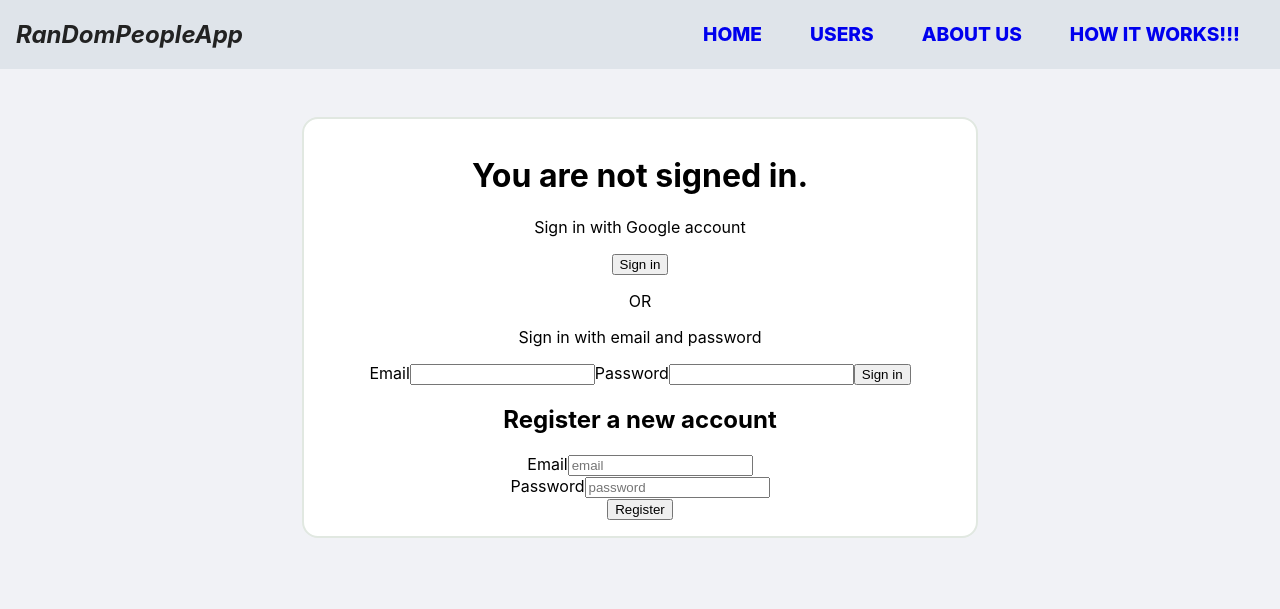
Repository: MikkyPrestige/RandomProfiles
Page: /profile
These files come from the project's save history. The page is drawn as it stood at one moment and after the next save; the edit follows.
The browser window is 1280 px wide. The pictures show the whole page.
The project was rebuilt for these pictures with package versions that can differ from the ones it lists, and the page was loaded fresh each time. Also part of the build but not shown: src/assets/styles/home.css, src/components/avatar.jsx, src/components/home.jsx, src/assets/styles/users.css, src/components/users.jsx, src/assets/styles/search.css, src/components/search.jsx, src/assets/styles/help.css and 6 more.

Above is the page before, as saved 2022-11-30 02:45:51.

### public/index.html
<!DOCTYPE html>
<html lang="en">

<head>
  <meta charset="utf-8" />
  <link rel="icon" href="%PUBLIC_URL%/favicon.ico" />
  <meta name="viewport" content="width=device-width, initial-scale=1" />
  <meta name="theme-color" content="#000000" />
  <meta name="description" content="Web site created using create-react-app" />
  <link rel="apple-touch-icon" href="%PUBLIC_URL%/logo192.png" />
  <!--
      manifest.json provides metadata used when your web app is installed on a
      user's mobile device or desktop. See https://developers.google.com/web/fundamentals/web-app-manifest/
    -->
  <link rel="manifest" href="%PUBLIC_URL%/manifest.json" />
  <!--
      Notice the use of %PUBLIC_URL% in the tags above.
      It will be replaced with the URL of the `public` folder during the build.
      Only files inside the `public` folder can be referenced from the HTML.

      Unlike "/favicon.ico" or "favicon.ico", "%PUBLIC_URL%/favicon.ico" will
      work correctly both with client-side routing and a non-root public URL.
      Learn how to configure a non-root public URL by running `npm run build`.
    -->
  <title>AltSchool Assignment 2</title>
</head>

<body>
  <noscript>You need to enable JavaScript to run this app.</noscript>
  <div id="root"></div>
  <!--
      This HTML file is a template.
      If you open it directly in the browser, you will see an empty page.

      You can add webfonts, meta tags, or analytics to this file.
      The build step will place the bundled scripts into the <body> tag.

      To begin the development, run `npm start` or `yarn start`.
      To create a production bundle, use `npm run build` or `yarn build`.
    -->
</body>

</html>

### src/index.css
body {
  margin: 0;
  font-family: -apple-system, BlinkMacSystemFont, 'Segoe UI', 'Roboto', 'Oxygen',
    'Ubuntu', 'Cantarell', 'Fira Sans', 'Droid Sans', 'Helvetica Neue',
    sans-serif;
  -webkit-font-smoothing: antialiased;
  -moz-osx-font-smoothing: grayscale;
  background-color: #f1f2f6;
}

code {
  font-family: source-code-pro, Menlo, Monaco, Consolas, 'Courier New',
    monospace;
}

### src/App.jsx
import * as React from "react";
import { ErrorBoundary } from "react-error-boundary";
import { Route, Routes } from "react-router-dom";
import {
  Layout,
  Home,
  Users,
  Search,
  Help,
  About,
  Error,
  ErrorFallBack,
  Profile,
  // Footer,
} from "./components";

const App = () => {
  return (
    <div className="App">
      <main>
        <ErrorBoundary FallbackComponent={ErrorFallBack}>
          <Layout />
          <Routes>
            <Route path="/" element={<Home />} />
            <Route path="users">
              <Route index element={<Users />} />
              <Route path=":id" element={<Search />} />
            </Route>
            <Route path="profile" element={<Profile />} />
            <Route path="help" element={<Help />} />
            <Route path="about" element={<About />} />
            <Route path="*" element={<Error />} />
          </Routes>
        </ErrorBoundary>
        {/* <Footer /> */}
      </main>
    </div>
  );
};

export default App;

### src/components/index.js
export { default as Layout } from "./layout";
export { default as Home } from "./home";
export { default as Users } from "./users";
export { default as Search } from "./search";
export { default as Help } from "./help";
export { default as About } from "./about";
export { default as Error } from "./error";
export { default as ErrorFallBack } from "./errorFallback";
export { default as Profile } from "./profile";
export { Footer } from "./avatar";

### src/components/layout.jsx
// LAYOUT COMPONENT - This component is for the App Layout that displays the Navigation bar in the app UI to the user when app is open

import { NavLink } from "react-router-dom";
import "../assets/styles/layout.css";

const CustomNavLink = ({ to, ...props }) => {
  let activeStyle = {
    textDecoration: 'underline',
    color: 'red',
  };

  return (
    <NavLink
      style={({ isActive }) =>
        isActive ? activeStyle : { textDecoration: 'none' }
      }
      to={to}
      end
      {...props}
    />
  );
};


const Layout = () => {

  return (
    <nav className="layout">
      <div className="app-header">
        <h1>RanDomPeopleApp</h1>
      </div>
      <div className="nav__items">
        <CustomNavLink to="/" className="nav__item">Home</CustomNavLink>
        <CustomNavLink to="users" className="nav__item">Users</CustomNavLink>
        <CustomNavLink to="about" className="nav__item">About us</CustomNavLink>
        <CustomNavLink to="help" className="nav__item">How it works!!!</CustomNavLink>
      </div>
    </nav>
  );
}

export default Layout;

### src/components/profile.jsx
import {
  signInWithRedirect,
  auth,
  provider,
  getRedirectResult,
  onAuthStateChanged,
  createUserWithEmailAndPassword,
  signInWithEmailAndPassword,
  signOut,
  deleteUser,
} from "../config";
import { useEffect, useState } from "react";
import { Avatar } from "./avatar";
import "../assets/styles/profile.css";

const Profile = () => {
  const [user, setUser] = useState(null);
  const [signedIn, setSignedIn] = useState(false);
  const [email, setEmail] = useState("");
  const [password, setPassword] = useState("");
  const [error, setError] = useState(null);

  // handle register form
  const handleRegister = (e) => {
    e.preventDefault();
    createUserWithEmailAndPassword(auth, email, password)
      .then(() => {
        // Signed in
        console.log("User account created & signed in!");
      })
      .catch((error) => {
        if (error.code === "auth/email-already-in-use") {
          setError("This email address is already in use!");
        }
        if (error.code === "auth/invalid-email") {
          setError("This email address is invalid!");
        }
        console.error(error);
      });
  };

  // sign in with email and password
  const handleSignIn = (e) => {
    e.preventDefault();
    signInWithEmailAndPassword(auth, email, password)
      .then(() => {
        console.log("User signed in!");
      })
      .catch((error) => {
        if (error.code === "auth/wrong-password") {
          setError("Wrong password!");
        }
        if (error.code === "auth/user-not-found") {
          setError("User not found!");
        }
        console.error(error);
      });
  };

  // handle onchange
  const handleChange = (e) => {
    const { name, value } = e.target;
    if (name === "email") {
      setEmail(value);
    }
    if (name === "password") {
      setPassword(value);
    }
  };

  // handle sign In
  const signIn = (e) => {
    e.preventDefault();
    signInWithRedirect(auth, provider);
  };

  // handle sign out
  const handleSignOut = (e) => {
    e.preventDefault();
    signOut(auth)
      .then(() => {
        console.log("User signed out!");
      })
      .catch((error) => {
        console.error(error);
      });
  };

  // handle delete user
  const handleDelete = (e) => {
    e.preventDefault();
    deleteUser(auth.currentUser)
      .then(() => {
        console.log("User deleted!");
      })
      .catch((error) => {
        console.error(error);
      });
  };

  // Get redirect result
  useEffect(() => {
    getRedirectResult(auth)
      .then((result) => {
        if (result) {
          setSignedIn(true);
          // navigate("/users");
        } else {
          // console.log("No user");
        }
      })
      .catch((error) => {
        console.log(error);
      });
  }, []);

  // Check auth state
  useEffect(() => {
    onAuthStateChanged(auth, (user) => {
      if (user) {
        // destructure user
        const { displayName, photoURL, email, phoneNumber } = user;
        // set user state
        setUser({ displayName, photoURL, email, phoneNumber });
        // navigate("/users");
      } else {
        setUser(null);
      }
    });
  }, []);

  return (
    <div className="profile">
      <div className="profile__container">
        <div className="profile__desc">
          {user ? (
            <div className="profile__user">
              <h1 className="profile__title">Welcome, you are signed in.</h1>
              <Avatar image={user.photoURL} alt="user" className="profile__avatar" />
              <p className="profile__name"><strong>Sign in account name: </strong>{user.displayName}</p>
              <p className="profile__text"><strong>Signed in email: </strong>{user.email}</p>
              <p>{user.phoneNumber}</p>
              <div className="profile__btn">
                <button onClick={handleSignOut} className="sign__btn">
                  Sign Out
                </button>
                <button onClick={handleDelete} className="sign__btn">
                  Delete Account
                </button>
              </div>
            </div>
          ) : (
            <div className="profile__user">
              <div className="profile__form">
                <h1 className="profile__title">You are not signed in.</h1>
                <p className="profile__head">Sign in with Google account</p>
                <button onClick={signIn} className="sign__btn">
                  Sign in
                </button>
                <p className="or">OR</p>
                <p className="profile__head">Sign in with email and password</p>
                <form onSubmit={handleSignIn} className="profile__form">
                  <label htmlFor="email">Email</label>
                  <input
                    type="email"
                    name="email"
                    id="email"
                    value={email}
                    onChange={handleChange}
                  />
                  <label htmlFor="password">Password</label>
                  <input
                    type="password"
                    name="password"
                    id="password"
                    value={password}
                    onChange={handleChange}
                  />
                  {error && <p className="error">{error}</p>}
                  <button type="submit" className="sign__btn">
                    Sign in
                  </button>
                </form>
              </div>
              <h2 className="register">Register a new account </h2>
              <form onSubmit={handleRegister} className="register__form">
                <div className="register__group">
                  <label htmlFor="email" className="register__label">
                    Email
                  </label>
                  <input
                    type="email"
                    name="email"
                    placeholder="email"
                    value={email}
                    onChange={handleChange}
                    className="register__input"
                  />
                  {error && <p className="error">{error}</p>}
                </div>
                <div className="profile__group">
                  <label htmlFor="password" className="register__label">
                    Password
                  </label>
                  <input
                    type="password"
                    name="password"
                    placeholder="password"
                    value={password}
                    onChange={handleChange}
                    className="register__input"
                  />
                </div>
                <button type="submit" className="sign__btn">
                  Register
                </button>
              </form>
            </div>
          )}
        </div>
      </div>
    </div>
  );
};

export default Profile;

### src/assets/styles/layout.css
.layout {
  background-color: #dfe4ea;
  padding: 0rem 1rem;
  color: #222;
  display: flex;
  align-items: center;
  justify-content: space-between;
}

.app-header {
  font-style: italic;
}

.nav__items {
  display: flex;
  align-items: center;
  list-style: none;
  flex-wrap: wrap;
}

.nav__item {
  font-size: 1.2rem;
  font-weight: 800;
  padding: 1rem 1.5rem;
  text-transform: uppercase;
}

.attribution {
  text-align: center;
}

.footer {
  color: #222;
  text-decoration: none;
  cursor: pointer;
  font-style: italic;
  font-weight: 600;
}

### src/config/index.js
// Import the functions you need from the SDKs you need
import { initializeApp } from "firebase/app";
import {
  getAuth,
  signInWithRedirect,
  GoogleAuthProvider,
  getRedirectResult,
  onAuthStateChanged,
  createUserWithEmailAndPassword,
  signInWithEmailAndPassword,
  signOut,
  deleteUser
} from "firebase/auth";

// web app's Firebase configuration
const firebaseConfig = {
  apiKey: "AIzaSyCfrfw6chi091bWLqJvanxAUTxgJ5XqEu0",
  authDomain: "random-people-app.firebaseapp.com",
  projectId: "random-people-app",
  storageBucket: "random-people-app.appspot.com",
  messagingSenderId: "1097586453252",
  appId: "1:1097586453252:web:4575afe7663a752ae77e51",
};

// Initialize Firebase
const app = initializeApp(firebaseConfig);
// Setup Google auth provider
const provider = new GoogleAuthProvider();

const auth = getAuth();

export {
  app,
  provider,
  auth,
  signInWithRedirect,
  getRedirectResult,
  onAuthStateChanged,
  createUserWithEmailAndPassword,
  signInWithEmailAndPassword,
  signOut,
  deleteUser
};

### src/assets/styles/profile.css
.profile {

  padding: 2rem;
  height: 100%;
}

.profile__container {
  display: flex;
  flex-direction: column;
  align-items: center;
  justify-content: center;
  height: 100%;
}

.profile__desc {
  margin-top: 1rem;
  text-align: center;
}

.profile__user {
  background-color: #fff;
  border: 2px solid #e1e8e1;
  border-radius: 1rem;
  padding: 1rem;
  height: 100%;
  width: 40rem;

}

Loaded but not shown: src/index.js (common file)

After the next save:
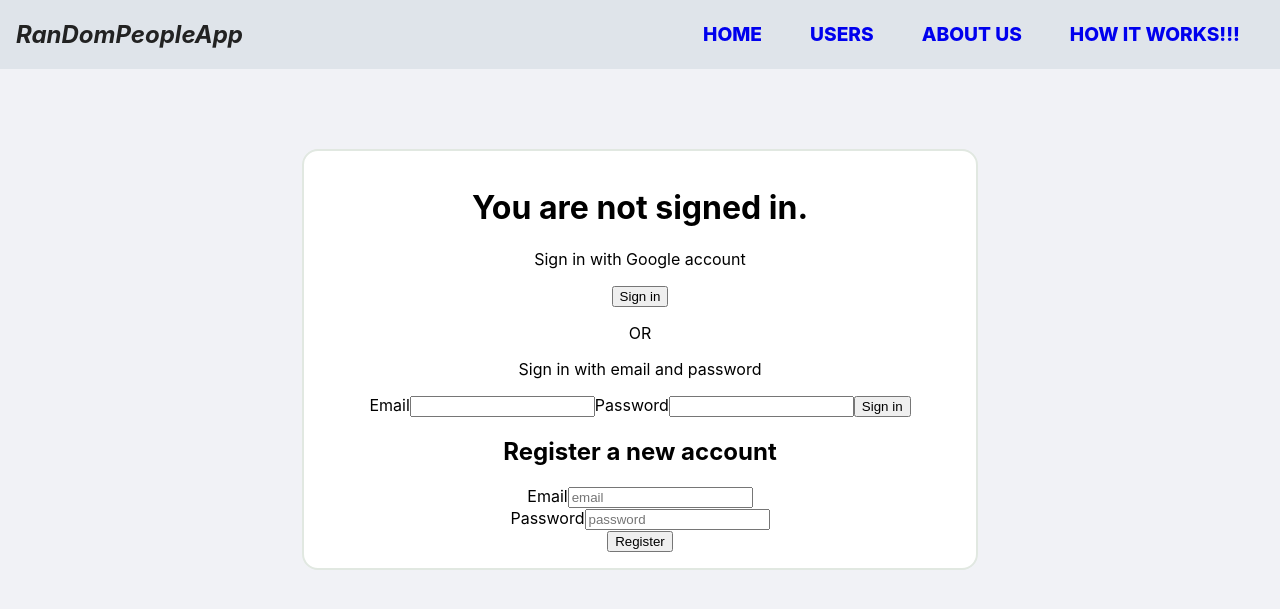
Saved 28 s later.
--- a/src/assets/styles/profile.css
+++ b/src/assets/styles/profile.css
@@ -13,7 +13,7 @@
 }
 
 .profile__desc {
-  margin-top: 1rem;
+  margin-top: 3rem;
   text-align: center;
 }
 
